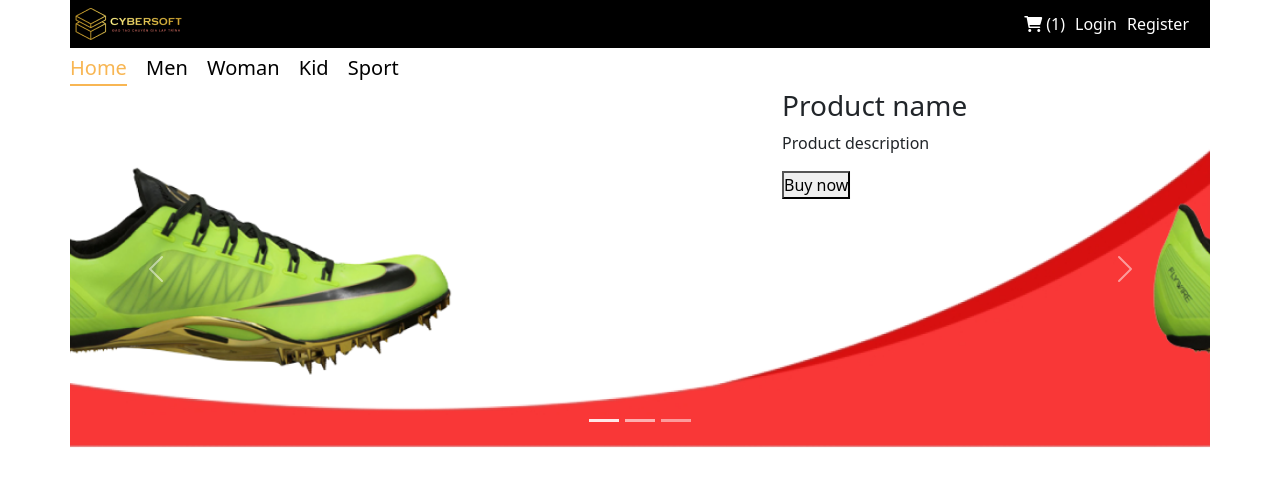
Repository: minhtrivu6199/Capstone_Shop
Page: index.html
An editor plug-in stored every save of this project. The page is shown before and after the next save, followed by the edit.
The browser window is 1280 px wide. The pictures show the whole page.
The style sheet was rebuilt from its Sass, Less or Tailwind sources for each picture, by a compiler version that may differ from the author's.

Above is the page before, as saved 2022-11-01 16:02:17.

### index.html
<!DOCTYPE html>
<html lang="en">
  <head>
    <title>Cybersoft shop</title>
    <!-- Required meta tags -->
    <meta charset="utf-8" />
    <meta
      name="viewport"
      content="width=device-width, initial-scale=1, shrink-to-fit=no"
    />

    <!-- FONT -->
    <link rel="preconnect" href="https://fonts.googleapis.com" />
    <link rel="preconnect" href="https://fonts.gstatic.com" crossorigin />
    <link
      href="https://fonts.googleapis.com/css2?family=Inter:wght@100;200;300;400;500;600;700;800;900&display=swap"
      rel="stylesheet"
    />

    <!-- Bootstrap CSS v5.2.1 -->
    <link
      href="https://cdn.jsdelivr.net/npm/bootstrap@5.2.1/dist/css/bootstrap.min.css"
      rel="stylesheet"
      integrity="sha384-iYQeCzEYFbKjA/T2uDLTpkwGzCiq6soy8tYaI1GyVh/UjpbCx/TYkiZhlZB6+fzT"
      crossorigin="anonymous"
    />
    <!-- FontAwesome 6.2.0 CSS -->
    <link
      rel="stylesheet"
      href="https://cdnjs.cloudflare.com/ajax/libs/font-awesome/6.2.0/css/all.min.css"
      integrity="sha512-xh6O/CkQoPOWDdYTDqeRdPCVd1SpvCA9XXcUnZS2FmJNp1coAFzvtCN9BmamE+4aHK8yyUHUSCcJHgXloTyT2A=="
      crossorigin="anonymous"
      referrerpolicy="no-referrer"
    />
    <link rel="stylesheet" href="./css/style.min.css" />
  </head>

  <body>
    <header class="header">
      <div class="header-nav">
        <div class="container d-flex justify-content-between">
          <div class="brand-logo py-2">
            <a href="./index.html">
              <img src="./assets/img/image_3.png" alt="" class="brand-img" />
            </a>
          </div>
          <div class="nav-items me-3">
            <a>
              <i class="fa fa-shopping-cart"></i>
              (1)
            </a>
            <a href="#" class="login">Login</a>
            <a href="./register.html" class="register">Register</a>
          </div>
        </div>
      </div>
      <div class="container">
        <div class="menu py-2">
          <div class="menu-items">
            <a class="active" href="">Home</a>
            <a href="">Men</a>
            <a href="">Woman</a>
            <a href="">Kid</a>
            <a href="">Sport</a>
          </div>
        </div>
      </div>
    </header>

    <section class="myCarousel">
      <div class="container position-relative">
        <div class="img-footer">
          <img src="./assets/img/image_6.png" alt="">
        </div>
        <div
          id="carouselExampleIndicators"
          class="carousel slide"
          data-bs-ride="carousel"
        >
          <div class="carousel-indicators">
            <button
              type="button"
              data-bs-target="#carouselExampleIndicators"
              data-bs-slide-to="0"
              class="active"
              aria-current="true"
              aria-label="Slide 1"
            ></button>
            <button
              type="button"
              data-bs-target="#carouselExampleIndicators"
              data-bs-slide-to="1"
              aria-label="Slide 2"
            ></button>
            <button
              type="button"
              data-bs-target="#carouselExampleIndicators"
              data-bs-slide-to="2"
              aria-label="Slide 3"
            ></button>
          </div>
          <div class="carousel-inner">
            <div class="carousel-item active">
              <div class="row">
                <div class="col-lg-8">
                  <div class="header-banner">
                    <img id="banner-img1" src="./assets/img/image_4.png" alt="" />
                  </div>
                </div>
                <div class="col-lg-4">
                  <h3 id="banner-name1">Product name</h3>
                  <p id="banner-description1">Product description</p>
                  <button class="btn-header">Buy now</button>
                </div>
              </div>
            </div>
            <div class="carousel-item">
              <div class="row">
                <div class="col-lg-8">
                  <div class="header-banner">
                    <img id="banner-img1" src="./assets/img/image_4.png" alt="" />
                  </div>
                </div>
                <div class="col-lg-4">
                  <h3 id="banner-name1">Product name</h3>
                  <p id="banner-description1">Product description</p>
                  <button class="btn-header">Buy now</button>
                </div>
              </div>
            </div>
            <div class="carousel-item">
              <div class="row">
                <div class="col-lg-8">
                  <div class="header-banner">
                    <img id="banner-img1" src="./assets/img/image_4.png" alt="" />
                  </div>
                </div>
                <div class="col-lg-4">
                  <h3 id="banner-name1">Product name</h3>
                  <p id="banner-description1">Product description</p>
                  <button class="btn-header">Buy now</button>
                </div>
              </div>
            </div>
          </div>
          <button
            class="carousel-control-prev"
            type="button"
            data-bs-target="#carouselExampleIndicators"
            data-bs-slide="prev"
          >
            <span class="carousel-control-prev-icon" aria-hidden="true"></span>
            <span class="visually-hidden">Previous</span>
          </button>
          <button
            class="carousel-control-next"
            type="button"
            data-bs-target="#carouselExampleIndicators"
            data-bs-slide="next"
          >
            <span class="carousel-control-next-icon" aria-hidden="true"></span>
            <span class="visually-hidden">Next</span>
          </button>
        </div>
      </div>
    </section>

    <!-- Bootstrap JavaScript Libraries -->
    <script
      src="https://cdn.jsdelivr.net/npm/@popperjs/core@2.11.6/dist/umd/popper.min.js"
      integrity="sha384-oBqDVmMz9ATKxIep9tiCxS/Z9fNfEXiDAYTujMAeBAsjFuCZSmKbSSUnQlmh/jp3"
      crossorigin="anonymous"
    ></script>

    <script
      src="https://cdn.jsdelivr.net/npm/bootstrap@5.2.1/dist/js/bootstrap.min.js"
      integrity="sha384-7VPbUDkoPSGFnVtYi0QogXtr74QeVeeIs99Qfg5YCF+TidwNdjvaKZX19NZ/e6oz"
      crossorigin="anonymous"
    ></script>
  </body>
</html>

### assets/scss/style.scss
@import './bases/variables';

.header {
    .header-nav {
        .container {
            background-color: #000;
            color: #fff;
            .nav-items {
                display:flex;
                justify-content: center;
                align-items: center;
                a {
                    padding: 5px;
                }
            }
        }
    }
    .menu {
        .menu-items {
            a {
                color: #000;
                margin-right: 15px;
                font-size: 20px;
                font-weight: 400;
                line-height: 24px;
                position: relative;
                &::after {
                    content: '';
                    position: absolute;
                    bottom: -5px;
                    left: 0;
                    border: 1px solid #f8b653;
                    width: 100%;
                    transition: all 0.2s ease-in-out;
                    transform: scaleX(0);
                }
                &:hover::after {
                    transform: scaleX(1);
                }
            }
            .active {
                color: #f8b653;
                &::after {
                    content: '';
                    position: absolute;
                    bottom: -5px;
                    left: 0;
                    border: 1px solid #f8b653;
                    width: 100%;
                    transform: scaleX(1);
                }
            }
        }
    }
}

.myCarousel {
    .img-footer {
        position: absolute;
        bottom: 0;
        left: 0;
        width: 100%;
    }
    .carousel-inner {

    }
}

### assets/scss/bases/_variables.scss



*, ::after, ::before {
    margin: 0;
    padding: 0;
    box-sizing: border-box;
}

html {
    font-family: 'Inter', sans-serif;
}

a {
    font-weight: 300;
    text-decoration: none;
    color: #fff;
    font-size: 16px;
    line-height: 19px;
    transition: all 0.2s ease-in-out;
    cursor: pointer;
    &:hover {
        color: #F8B653 !important;
    }
}

img {
    max-width: 100%;
    max-height: 100%;
}

.container {
    padding: 0;
}

After the next save:
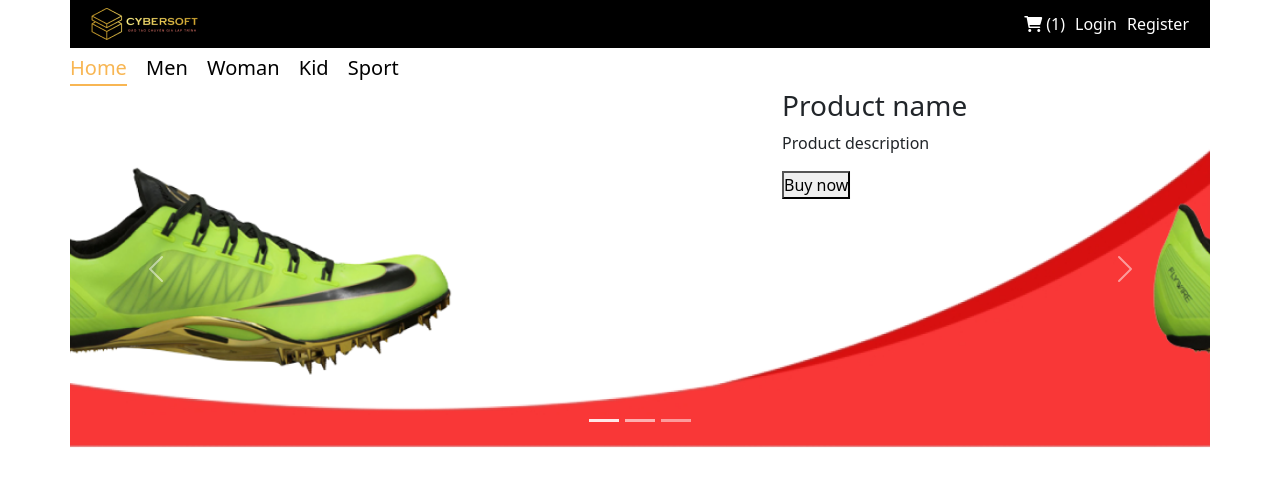
Saved 11 s later.
--- a/index.html
+++ b/index.html
@@ -39,7 +39,7 @@
     <header class="header">
       <div class="header-nav">
         <div class="container d-flex justify-content-between">
-          <div class="brand-logo py-2">
+          <div class="brand-logo py-2 ms-3">
             <a href="./index.html">
               <img src="./assets/img/image_3.png" alt="" class="brand-img" />
             </a>
